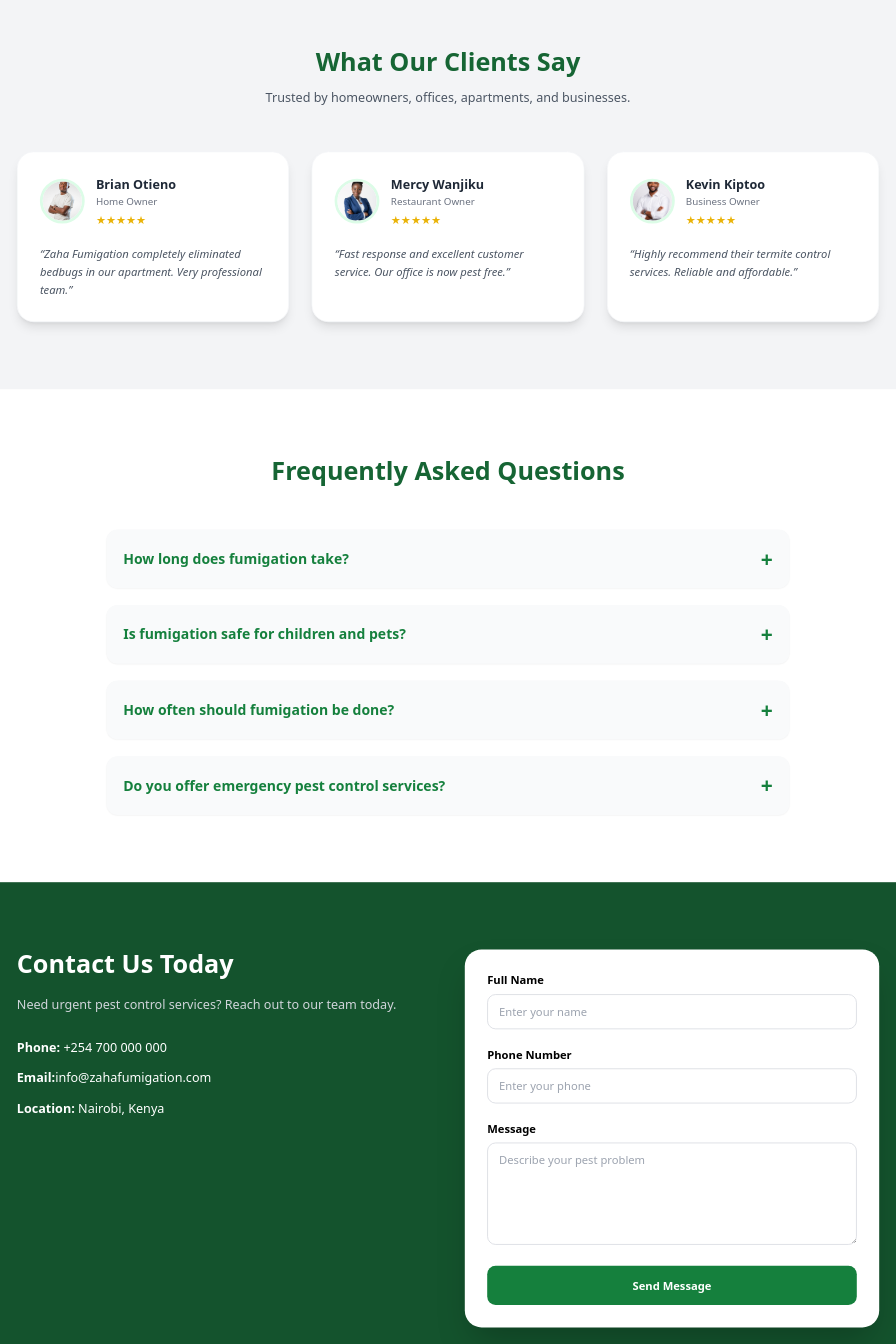
Repository: Engineer-collo/Zaha-fumigation
Page: /
The author's editor kept a copy of each file at every save. The page is drawn from the files as they stood at one save, then again after the next save.
The browser window is 1280 px wide. The pictures show the part of the page from y = 2695 to 4615 px (the page is 5053 px tall before and 5057 px after), at 70% of full size.
The project was rebuilt for these pictures with package versions that can differ from the ones it lists, and the page was loaded fresh each time. Also part of the build but not shown: vite.config.js.

Above is the page before, as saved 2026-05-13 09:36:21.

### index.html
<!doctype html>
<html lang="en">
  <head>
    <meta charset="UTF-8" />
    <link rel="icon" type="image/svg+xml" href="/favicon.svg" />
    <meta name="viewport" content="width=device-width, initial-scale=1.0" />
    <title>zaha-fumigation</title>
  </head>
  <body>
    <div id="root"></div>
    <script type="module" src="/src/main.jsx"></script>
  </body>
</html>

### src/App.jsx
import React from "react";
import {
  ShieldCheck,
  Bug,
  Phone,
  Star,
  ChevronDown,
  Menu,
  X,
  Building2,
  Clock3,
  CheckCircle2
} from "lucide-react";

export default function ZahaFumigationWebsite() {
  const services = [
    {
      title: "Residential Fumigation",
      description:
        "Protect your home from bedbugs, cockroaches, termites, rodents, and other harmful pests."
    },
    {
      title: "Office & Commercial Pest Control",
      description:
        "Professional pest management solutions for offices, hotels, warehouses, and businesses."
    },
    {
      title: "Termite Control",
      description:
        "Advanced termite treatment solutions that protect your property and furniture."
    },
    {
      title: "Rodent Control",
      description:
        "Safe and effective elimination of rats and mice from homes and workplaces."
    },
    {
      title: "Mosquito & Fly Control",
      description:
        "Reduce disease-causing insects with professional mosquito and fly treatment."
    },
    {
      title: "Sanitization Services",
      description:
        "Deep sanitization and disinfection services for healthier living and working spaces."
    }
  ];

  const testimonials = [
    {
      name: "Brian Otieno",
      role: "Home Owner",
      image:
        "/brian.png",
      feedback:
        "Zaha Fumigation completely eliminated bedbugs in our apartment. Very professional team."
    },
    {
      name: "Mercy Wanjiku",
      role: "Restaurant Owner",
      image:
        "/mercy.png",
      feedback:
        "Fast response and excellent customer service. Our office is now pest free."
    },
    {
      name: "Kevin Kiptoo",
      role: "Business Owner",
      image:
        "/kevin.png",
      feedback:
        "Highly recommend their termite control services. Reliable and affordable."
    }
  ];
  const faqs = [
    {
      question: "How long does fumigation take?",
      answer:
        "Most fumigation services take between 2 to 6 hours depending on the size of the property and the type of pest infestation."
    },
    {
      question: "Is fumigation safe for children and pets?",
      answer:
        "Yes. We use approved and safe treatment methods and provide safety instructions before and after treatment."
    },
    {
      question: "How often should fumigation be done?",
      answer:
        "Residential properties should undergo pest control every 3 to 6 months depending on the environment."
    },
    {
      question: "Do you offer emergency pest control services?",
      answer:
        "Yes. We provide emergency fumigation and pest control services for homes and businesses."
    }
  ];

  const [openFAQ, setOpenFAQ] = React.useState(null);
  const [mobileMenu, setMobileMenu] = React.useState(false);

  return (
    <div className="bg-white text-gray-800 scroll-smooth">
      {/* Navbar */}
      <nav className="fixed top-0 left-0 w-full bg-white/95 backdrop-blur-md shadow-md z-50 border-b border-gray-100">
        <div className="max-w-7xl mx-auto flex justify-between items-center px-6 py-4">
        <div className="flex items-center gap-3">
  <img
    src="/zaha-logo.png"
    alt="Zaha Fumigation Logo"
    className="w-14 h-14 object-contain"
  />

  <div>
    <h1 className="text-3xl font-extrabold text-green-700 tracking-tight">
      Zaha Fumigation
    </h1>

    <p className="text-xs text-gray-500">
      Safe • Reliable • Professional
    </p>
  </div>
</div>
          <div className="hidden md:flex gap-8 font-medium items-center">
            <a href="#home" className="hover:text-green-700 transition">Home</a>
            <a href="#about" className="hover:text-green-700 transition">About</a>
            <a href="#services" className="hover:text-green-700 transition">Services</a>
            <a href="#testimonials" className="hover:text-green-700 transition">Testimonials</a>
            <a href="#faq" className="hover:text-green-700 transition">FAQs</a>
            <a href="#contact" className="hover:text-green-700 transition">Contact</a>

            <a
              href="#contact"
              className="bg-green-700 hover:bg-green-800 text-white px-6 py-3 rounded-xl transition font-semibold"
            >
              Free Inspection
            </a>
          </div>

          <button
            onClick={() => setMobileMenu(!mobileMenu)}
            className="md:hidden text-green-700"
          >
            {mobileMenu ? <X size={30} /> : <Menu size={30} />}
          </button>
        </div>

        {mobileMenu && (
          <div className="md:hidden bg-white border-t border-gray-100 px-6 py-6 space-y-4 shadow-lg">
            <a href="#home" className="block">Home</a>
            <a href="#about" className="block">About</a>
            <a href="#services" className="block">Services</a>
            <a href="#testimonials" className="block">Testimonials</a>
            <a href="#faq" className="block">FAQs</a>
            <a href="#contact" className="block">Contact</a>
          </div>
        )}
      </nav>

      {/* Hero */}
      <section
        id="home"
        className="pt-6 min-h-screen bg-gradient-to-r from-green-700 to-green-900 text-white flex items-center"
      >
        <div className="max-w-7xl mx-auto px-6 grid md:grid-cols-2 gap-12 items-center">
          <div>
            <div className="inline-flex items-center gap-2 bg-yellow-500 text-black px-4 py-2 rounded-full font-semibold mb-6">
              <ShieldCheck size={18} />
              Trusted Pest Control Experts in Kenya
            </div>

            <h1 className="text-5xl md:text-7xl font-extrabold leading-tight mb-6">
              Protect Your Home & Business From Harmful Pests
            </h1>

            <p className="text-xl text-gray-200 mb-8 leading-relaxed max-w-2xl">
              Fast, safe, and affordable fumigation services for homes,
              offices, restaurants, schools, apartments, and businesses.
              We eliminate pests professionally using eco-friendly solutions.
            </p>

            <div className="flex flex-wrap gap-8 mb-10 text-sm md:text-base">
              <div className="flex items-center gap-2">
                <CheckCircle2 className="text-yellow-400" />
                Licensed Professionals
              </div>

              <div className="flex items-center gap-2">
                <CheckCircle2 className="text-yellow-400" />
                Same Day Service
              </div>

              <div className="flex items-center gap-2">
                <CheckCircle2 className="text-yellow-400" />
                Affordable Pricing
              </div>
            </div>

            <div className="flex gap-4 flex-wrap">
              <a
                href="#contact"
                className="bg-yellow-500 hover:bg-yellow-600 text-black px-8 py-4 rounded-2xl font-semibold transition"
              >
                Book Inspection
              </a>

              <a
                href="#services"
                className="border border-white hover:bg-white hover:text-green-800 px-8 py-4 rounded-2xl font-semibold transition"
              >
                Our Services
              </a>
            </div>
          </div>

          <div>
            <img
              src="/home-pic.png"
              alt="Fumigation"
              className="rounded-3xl shadow-2xl w-full h-[500px] object-cover"
            />
          </div>
        </div>
      </section>

      {/* About */}
      <section id="about" className="py-24 bg-gray-50">
        <div className="max-w-7xl mx-auto px-6 grid md:grid-cols-2 gap-14 items-center">
          <div>
            <img
              src="zaha-about.png"
              alt="About"
              className="rounded-3xl shadow-xl"
            />
          </div>

          <div>
            <h2 className="text-4xl font-bold mb-6 text-green-800">
              About Zaha Fumigation
            </h2>

            <p className="text-gray-700 leading-relaxed mb-6 text-lg">
              We are a professional fumigation and pest control company dedicated
              to protecting homes, offices, and commercial properties from pests.
            </p>

            <div className="grid grid-cols-2 gap-6 mt-8">
              <div className="bg-white p-6 rounded-2xl shadow-md">
                <h3 className="text-3xl font-bold text-green-700">5+</h3>
                <p className="mt-2 text-gray-600">Years Experience</p>
              </div>

              <div className="bg-white p-6 rounded-2xl shadow-md">
                <h3 className="text-3xl font-bold text-green-700">1000+</h3>
                <p className="mt-2 text-gray-600">Happy Clients</p>
              </div>
            </div>
          </div>
        </div>
      </section>

      {/* Why Choose Us */}
      <section className="py-24 bg-gray-50">
        <div className="max-w-7xl mx-auto px-6">
          <div className="text-center mb-16">
            <h2 className="text-4xl font-bold text-green-800 mb-4">
              Why Choose Zaha Fumigation?
            </h2>

            <p className="text-gray-600 text-lg max-w-3xl mx-auto">
              We combine professional expertise, modern treatment methods, and fast response services to keep your environment pest free.
            </p>
          </div>

          <div className="grid md:grid-cols-4 gap-8">
            <div className="bg-white p-8 rounded-3xl shadow-md text-center">
              <ShieldCheck className="mx-auto text-green-700 mb-4" size={45} />
              <h3 className="font-bold text-xl mb-3">Certified Experts</h3>
              <p className="text-gray-600">Professional and trained fumigation technicians.</p>
            </div>

            <div className="bg-white p-8 rounded-3xl shadow-md text-center">
              <Clock3 className="mx-auto text-green-700 mb-4" size={45} />
              <h3 className="font-bold text-xl mb-3">Fast Response</h3>
              <p className="text-gray-600">Same day inspections and emergency support.</p>
            </div>

            <div className="bg-white p-8 rounded-3xl shadow-md text-center">
              <Building2 className="mx-auto text-green-700 mb-4" size={45} />
              <h3 className="font-bold text-xl mb-3">Commercial Services</h3>
              <p className="text-gray-600">Trusted by offices, apartments, and businesses.</p>
            </div>

            <div className="bg-white p-8 rounded-3xl shadow-md text-center">
              <Bug className="mx-auto text-green-700 mb-4" size={45} />
              <h3 className="font-bold text-xl mb-3">Guaranteed Results</h3>
              <p className="text-gray-600">Effective treatment using modern pest control methods.</p>
            </div>
          </div>
        </div>
      </section>

      {/* Services */}
      <section id="services" className="py-24 bg-white">
        <div className="max-w-7xl mx-auto px-6">
          <div className="text-center mb-16">
            <h2 className="text-4xl font-bold text-green-800 mb-4">
              Our Services
            </h2>

            <p className="text-gray-600 text-lg max-w-2xl mx-auto">
              Professional pest management solutions tailored for homes and businesses.
            </p>
          </div>

          <div className="grid md:grid-cols-3 gap-8">
            {services.map((service, index) => (
              <div
                key={index}
                className="bg-gray-50 hover:bg-green-700 hover:text-white transition duration-300 rounded-3xl p-8 shadow-md"
              >
                <h3 className="text-2xl font-bold mb-4">{service.title}</h3>
                <p className="leading-relaxed">{service.description}</p>
              </div>
            ))}
          </div>
        </div>
      </section>

{/* Testimonials */}
<section id="testimonials" className="py-24 bg-gray-100">
  <div className="max-w-7xl mx-auto px-6">
    <div className="text-center mb-16">
      <h2 className="text-4xl font-bold text-green-800 mb-4">
        What Our Clients Say
      </h2>

      <p className="text-gray-600 text-lg">
        Trusted by homeowners, offices, apartments, and businesses.
      </p>
    </div>

    <div className="grid md:grid-cols-3 gap-8">
      {testimonials.map((testimonial, index) => (
        <div
          key={index}
          className="bg-white rounded-3xl shadow-lg p-8 hover:-translate-y-2 transition duration-300 border border-gray-100"
        >
          <div className="flex items-center gap-4 mb-6">
            <img
              src={testimonial.image}
              alt={testimonial.name}
              className="w-16 h-16 rounded-full object-cover border-4 border-green-100"
            />

            <div>
              <h3 className="font-bold text-lg text-gray-800">
                {testimonial.name}
              </h3>

              <p className="text-sm text-gray-500">
                {testimonial.role}
              </p>

              <div className="flex text-yellow-500 mt-1">
                ★★★★★
              </div>
            </div>
          </div>

          <p className="text-gray-600 leading-relaxed italic">
            “{testimonial.feedback}”
          </p>
        </div>
      ))}
    </div>
  </div>
</section>


      {/* FAQs */}
      <section id="faq" className="py-24 bg-white">
        <div className="max-w-5xl mx-auto px-6">
          <div className="text-center mb-16">
            <h2 className="text-4xl font-bold text-green-800 mb-4">
              Frequently Asked Questions
            </h2>
          </div>

          <div className="space-y-6">
            {faqs.map((faq, index) => (
              <div
                key={index}
                className="bg-gray-50 rounded-2xl shadow-sm overflow-hidden"
              >
                <button
                  onClick={() =>
                    setOpenFAQ(openFAQ === index ? null : index)
                  }
                  className="w-full flex justify-between items-center p-6 text-left"
                >
                  <h3 className="text-xl font-bold text-green-700">
                    {faq.question}
                  </h3>

                  <span className="text-3xl text-green-700 font-bold">
                    {openFAQ === index ? "−" : "+"}
                  </span>
                </button>

                {openFAQ === index && (
                  <div className="px-6 pb-6">
                    <p className="text-gray-700 leading-relaxed">
                      {faq.answer}
                    </p>
                  </div>
                )}
              </div>
            ))}
          </div>
        </div>
      </section>

      {/* Contact */}
      <section id="contact" className="py-24 bg-green-900 text-white">
        <div className="max-w-7xl mx-auto px-6 grid md:grid-cols-2 gap-12">
          <div>
            <h2 className="text-4xl font-bold mb-6">
              Contact Us Today
            </h2>

            <p className="text-gray-300 leading-relaxed mb-8 text-lg">
              Need urgent pest control services? Reach out to our team today.
            </p>

            <div className="space-y-4 text-lg">
              <p>
                <span className="font-bold">Phone:</span> +254 700 000 000
              </p>
              <p>
                <span className="font-bold">Email:</span>
                info@zahafumigation.com
              </p>
              <p>
                <span className="font-bold">Location:</span> Nairobi, Kenya
              </p>
            </div>
          </div>

          <form className="bg-white text-black rounded-3xl p-8 shadow-2xl space-y-6">
            <div>
              <label className="block mb-2 font-semibold">Full Name</label>
              <input
                type="text"
                placeholder="Enter your name"
                className="w-full border border-gray-300 rounded-xl px-4 py-3 outline-none focus:ring-2 focus:ring-green-700"
              />
            </div>

            <div>
              <label className="block mb-2 font-semibold">Phone Number</label>
              <input
                type="text"
                placeholder="Enter your phone"
                className="w-full border border-gray-300 rounded-xl px-4 py-3 outline-none focus:ring-2 focus:ring-green-700"
              />
            </div>

            <div>
              <label className="block mb-2 font-semibold">Message</label>
              <textarea
                rows="5"
                placeholder="Describe your pest problem"
                className="w-full border border-gray-300 rounded-xl px-4 py-3 outline-none focus:ring-2 focus:ring-green-700"
              ></textarea>
            </div>

            <button
              type="submit"
              className="w-full bg-green-700 hover:bg-green-800 text-white py-4 rounded-xl font-semibold transition"
            >
              Send Message
            </button>
          </form>
        </div>
      </section>

      {/* Footer */}
      <footer className="bg-black text-gray-400 pt-16 pb-8">
        <div className="max-w-7xl mx-auto px-6 grid md:grid-cols-4 gap-10 mb-12">
          <div>
            <h2 className="text-3xl font-bold text-white mb-4">
              Zaha Fumigation
            </h2>
            <p className="leading-relaxed">
              Professional pest control and fumigation services for homes and businesses across Kenya.
            </p>
          </div>

          <div>
            <h3 className="text-white font-bold mb-4">Quick Links</h3>
            <div className="space-y-3">
              <a href="#home" className="block hover:text-white">Home</a>
              <a href="#services" className="block hover:text-white">Services</a>
              <a href="#faq" className="block hover:text-white">FAQs</a>
              <a href="#contact" className="block hover:text-white">Contact</a>
            </div>
          </div>

          <div>
            <h3 className="text-white font-bold mb-4">Our Services</h3>
            <div className="space-y-3">
              <p>Bedbug Control</p>
              <p>Termite Treatment</p>
              <p>Rodent Control</p>
              <p>Commercial Fumigation</p>
            </div>
          </div>

          <div>
            <h3 className="text-white font-bold mb-4">Business Hours</h3>
            <div className="space-y-3">
              <p>Mon - Sat: 7:00 AM - 7:00 PM</p>
              <p>Sunday: Emergency Only</p>
              <div className="flex items-center gap-3 text-green-400 font-semibold mt-4">
                <Phone size={18} />
                +254 700 000 000
              </div>
            </div>
          </div>
        </div>

        <div className="border-t border-gray-800 pt-6 text-center">
          <p>
            © {new Date().getFullYear()} Zaha Fumigation. All rights reserved.
          </p>
        </div>
      </footer>

      {/* WhatsApp Button */}
      <a
        href="https://wa.me/254700000000"
        target="_blank"
        rel="noopener noreferrer"
        className="fixed bottom-6 right-6 bg-green-500 hover:bg-green-600 text-white px-6 py-4 rounded-full shadow-2xl font-semibold"
      >
        WhatsApp
      </a>
    </div>
  );
}

Loaded but not shown: src/main.jsx (common file); src/index.css (common file); tailwind.config.js (common file)

After the next save:
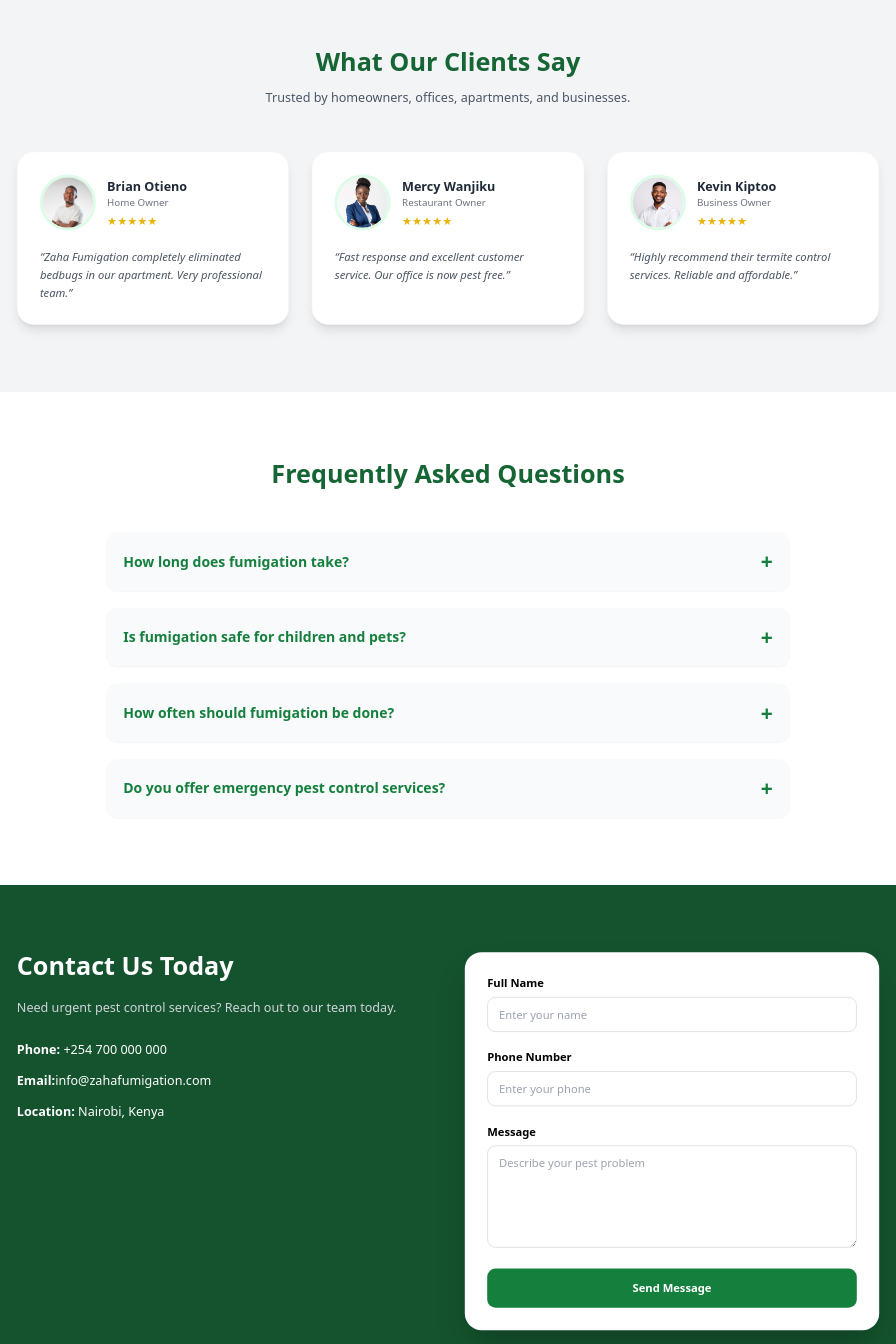
Saved 13 s later.
--- a/src/App.jsx
+++ b/src/App.jsx
@@ -349,8 +349,7 @@ export default function ZahaFumigationWebsite() {
             <img
               src={testimonial.image}
               alt={testimonial.name}
-              className="w-16 h-16 rounded-full object-cover border-4 border-green-100"
-            />
+              className="w-20 h-20 rounded-full object-cover object-top border-4 border-green-100"            />
 
             <div>
               <h3 className="font-bold text-lg text-gray-800">
